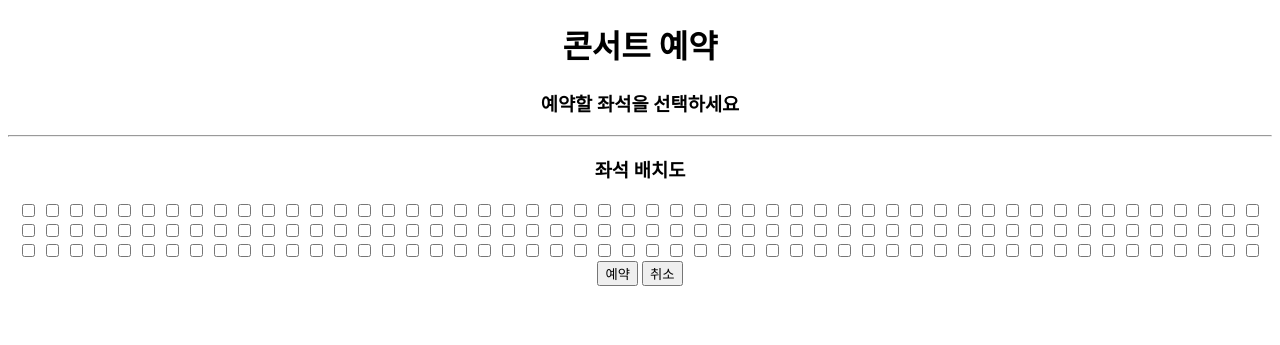
Repository: bbseok97/HTML
Page: http://localhost/jspbasic/application/reserve.jsp
These files come from the project's save history. The page is drawn as it stood at one moment and after the next save; the edit follows.
The browser window is 1280 px wide. The pictures show the whole page.
The page is served by Tomcat 9. Other server files are loaded and not shown.

Above is the page before, as saved 2024-04-09 03:00:16.

### jspbasic/src/main/webapp/application/reserve.jsp
<%@ page language="java" contentType="text/html; charset=UTF-8"
    pageEncoding="UTF-8"%>

<!DOCTYPE html>
<html>
	<head>
	<meta charset="UTF-8">
	<title>reserve.jsp</title>
	</head>
	<body>
		<div style="text-align:center">
		<form>
		<h1>콘서트 예약</h1>
		<h3>예약할 좌석을 선택하세요</h3>
		<hr>
		<h3>좌석 배치도</h3>
		<% for(int i=1; i <= 6; i++){ %>
			<%for(char c='A'; c <= 'Z'; c++){ %>
			<input type="checkbox" name="seat">
			<%} %>
		<%} %>

		<input type="submit" value="예약">
		<input type="submit" value="취소">
		</form>
		</div>
	</body>
</html>

After the next save:
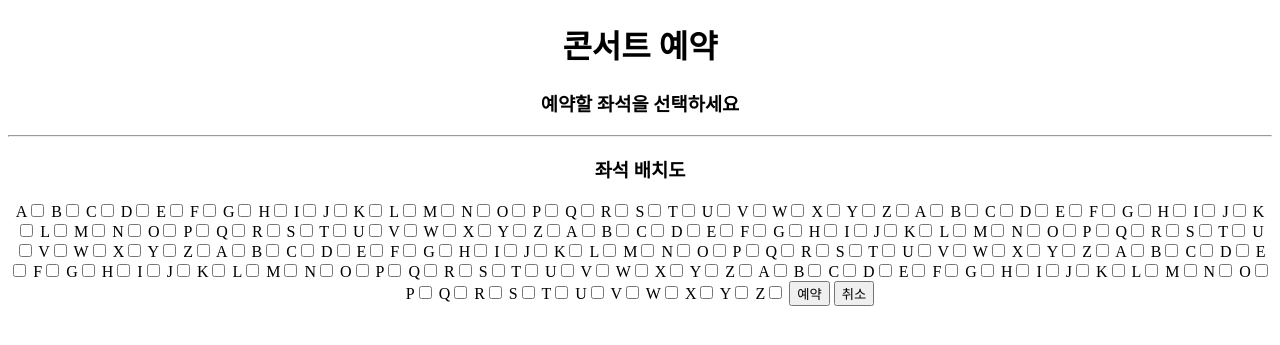
Saved 12 s later.
--- a/jspbasic/src/main/webapp/application/reserve.jsp
+++ b/jspbasic/src/main/webapp/application/reserve.jsp
@@ -16,7 +16,7 @@
 		<h3>좌석 배치도</h3>
 		<% for(int i=1; i <= 6; i++){ %>
 			<%for(char c='A'; c <= 'Z'; c++){ %>
-			<input type="checkbox" name="seat">
+			<%=c %><input type="checkbox" name="seat">
 			<%} %>
 		<%} %>
 

After the save that followed:
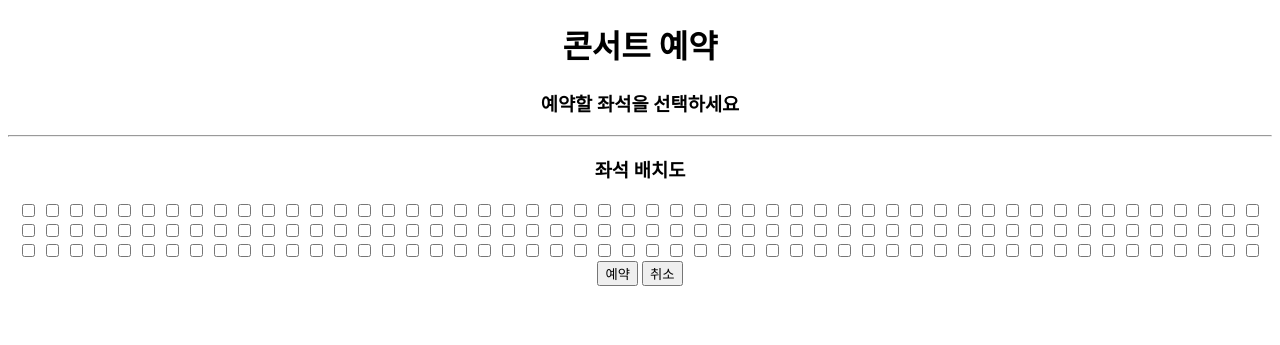
Saved 8 s later.
--- a/jspbasic/src/main/webapp/application/reserve.jsp
+++ b/jspbasic/src/main/webapp/application/reserve.jsp
@@ -16,7 +16,7 @@
 		<h3>좌석 배치도</h3>
 		<% for(int i=1; i <= 6; i++){ %>
 			<%for(char c='A'; c <= 'Z'; c++){ %>
-			<%=c %><input type="checkbox" name="seat">
+			<input type="checkbox" name="seat">
 			<%} %>
 		<%} %>
 
